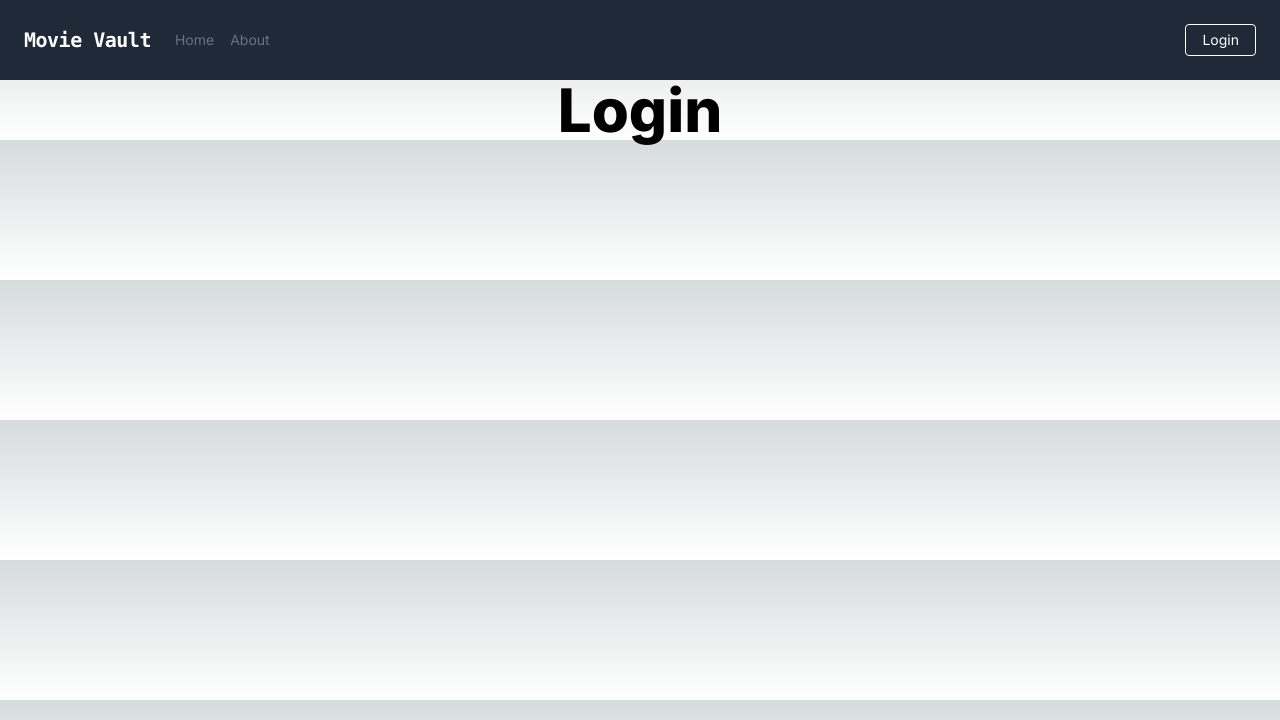
Repository: badhon252/Candidates-portal
Page: /login
The author's editor kept a copy of each file at every save. The page is drawn from the files as they stood at one save, then again after the next save.
The browser window is 1280 px wide. The pictures show the whole page.
The project was rebuilt for these pictures with package versions that can differ from the ones it lists, and the page was loaded fresh each time. The framework's server and built-in components were replaced by stand-ins that run in the browser. Also part of the build but not shown: next.config.js.

Above is the page before, as saved 2023-05-31 17:39:36.

### app/layout.tsx
import Nav from "./components/Nav";
import "./globals.css";
import { Inter } from "next/font/google";

const inter = Inter({ subsets: ["latin"] });

export const metadata = {
  title: "Movie Vault",
  description: "Movie Vault is a place to store your favorite movies",
};

export default function RootLayout({
  children,
}: {
  children: React.ReactNode;
}) {
  return (
    <html lang="en">
      <body className={inter.className}>
        <Nav />
        {children}
      </body>
    </html>
  );
}

### app/login/page.tsx
import React from "react";

export default function login() {
  return <div className="text-6xl text-center font-extrabold">Login</div>;
}

### app/components/Nav.tsx
import Link from "next/link";

export default function Nav() {
  return (
    <nav className="flex items-center justify-between flex-wrap bg-gray-800 p-6">
      <div className="flex items-center flex-shrink-0 text-white mr-6">
        <Link
          href="/"
          className="font-semibold text-xl tracking-tight font-mono"
        >
          Movie Vault
        </Link>
      </div>
      <div className="block lg:hidden">
        <button className="flex items-center px-3 py-2 border rounded text-gray-500 border-gray-600 hover:text-white hover:border-white">
          <svg
            className="fill-current h-3 w-3"
            viewBox="0 0 20 20"
            xmlns="http://www.w3.org/2000/svg"
          >
            <title>Menu</title>
            <path
              fillRule="evenodd"
              d="M2 5h16a1 1 0 010 2H2a1 1 0 010-2zm0 5h16a1 1 0 010 2H2a1 1 0 010-2zm0 5h16a1 1 0 010 2H2a1 1 0 010-2z"
            />
          </svg>
        </button>
      </div>
      <div className="w-full block flex-grow lg:flex lg:items-center lg:w-auto">
        <div className="text-sm lg:flex-grow">
          <Link
            href="/"
            className="block mt-4 lg:inline-block lg:mt-0 text-gray-500 hover:text-white mr-4"
          >
            Home
          </Link>
          <Link
            href="/about"
            className="block mt-4 lg:inline-block lg:mt-0 text-gray-500 hover:text-white mr-4"
          >
            About
          </Link>
        </div>
        <div>
          <Link
            href="/login"
            className="inline-block text-sm px-4 py-2 leading-none border rounded text-white border-white hover:border-transparent hover:text-gray-500 hover:bg-white mt-4 lg:mt-0"
          >
            Login
          </Link>
        </div>
      </div>
    </nav>
  );
}

Loaded but not shown: app/globals.css (common file); tailwind.config.js (common file)

After the next save:
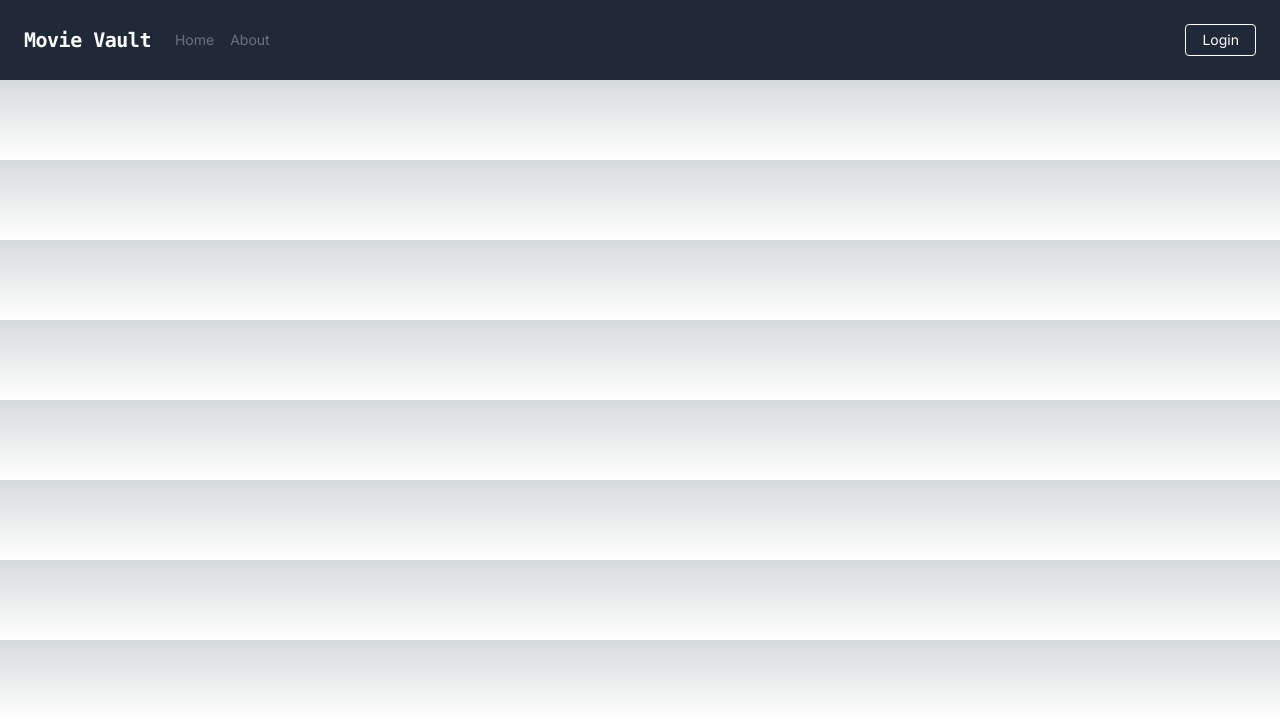
Saved 103 s later.
--- a/app/login/page.tsx
+++ b/app/login/page.tsx
@@ -1,5 +1,5 @@
 import React from "react";
 
 export default function login() {
-  return <div className="text-6xl text-center font-extrabold">Login</div>;
+  return <div></div>;
 }
